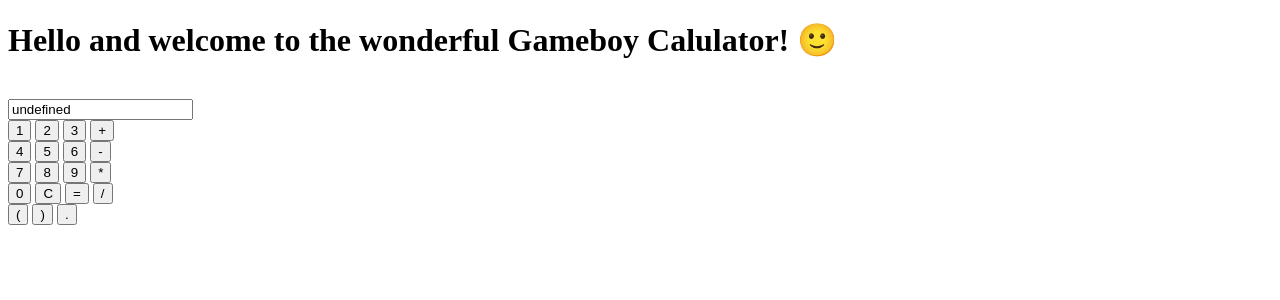
Repository: CrazyPaine/GameBoy-Calculator
Page: index.html
An editor plug-in stored every save of this project. The page is shown before and after the next save, followed by the edit.
The browser window is 1280 px wide. The pictures show the whole page.
After loading, the first visible `button[onclick="calculateResult()"]` was clicked once.

Above is the page before, as saved 2024-02-02 17:43:22.

### index.html
<!DOCTYPE html>
<html lang="en">
<head>
    <meta charset="UTF-8">
    <meta name="viewport" content="width=device-width, initial-scale=1.0">
    <link rel="stylesheet" type="text/css" href="styles.css">
    <script src="calculator.js"></script>
    <title>GameBoy Calculator</title>
</head>

<body>
    <h1 class = "Intro">Hello and welcome to the wonderful Gameboy Calulator! &#128578;</h1>
    <br>
    <div class = 'calculator'>
        <input type="text"id="display" readonly>
       <br>
            <button onclick="appendToDisplay('1')" class = "button">1</button>
            <button onclick="appendToDisplay('2')" class = "button">2</button>
            <button onclick="appendToDisplay('3')" class = "button">3</button>
            <button onclick="appendToDisplay('+')" class = "button">+</button>
            <br>
            <button onclick="appendToDisplay('4')" class = "button">4</button>
            <button onclick="appendToDisplay('5')" class = "button">5</button>
            <button onclick="appendToDisplay('6')" class = "button">6</button>
            <button onclick="appendToDisplay('-')" class = "button">-</button>
            <br>
            <button onclick="appendToDisplay('7')" class = "button">7</button>
            <button onclick="appendToDisplay('8')" class = "button">8</button>
            <button onclick="appendToDisplay('9')" class = "button">9</button>
            <button onclick="appendToDisplay('*')" class = "button">*</button>
            <br>
            <button onclick="appendToDisplay('0')" class = "button">0</button>
            <button onclick="clearDisplay()" class = "button">C</button>
            <button onclick="calculateResult()" class = "button">=</button>
            <button onclick="appendToDisplay('/')" class = "button">/</button>
            <br>
            <button onclick="appendToDisplay('(')" class="button">(</button>
            <button onclick="appendToDisplay(')')" class="button">)</button>
            <button onclick="addDecimalPoint()" class="button">.</button>

    </div>
</body>
</html>

### styles.css
/******************************************
/* CSS
/*******************************************/


/* Box Model Hack */
* {
    box-sizing: border-box;
}



/******************************************
/* LAYOUT
/*******************************************/
@media (max-width: 600px) {
    .calculator {
        width: 80%;
        margin: 0 auto;
    }

html {
    height: 100%;
}

title {
    text-align: left;
    font-size: 5px;
}

body {
    background: rgb(143, 151, 157);
        background: linear-gradient(201deg, rgba(143, 151, 157, 1) 0%, rgba(242, 240, 235, 1) 100%);
}

#display{
    border-radius: 10px;
    display: flex;
    align-items:center;
    justify-content: center;
    padding: 24px;
    width: 97%;
    height: 56%;
    margin:auto;
}

.calculator {
    border: 3px solid #533D6B;
    border-radius: 10px;
    width:fit-content;
    background: rgba(83, 61, 107, 0.73);
    border-radius: 16px;
    box-shadow: 0 4px 30px rgba(0, 0, 0, 0.1);
    backdrop-filter: blur(2.7px);
    -webkit-backdrop-filter: blur(2.7px);
    height: fit-content;
    margin: 20px auto;
}

.button {
    background-color: #20212e;
    border-radius: 10px;
    color: #808080;
    padding: 18px;
    min-height: fit-content;
    max-width: fit-content;
    margin: 2px;
}


img {
    display: block;
    margin: 0 auto;
    width: 25%;
}


/******************************************
/* ADDITIONAL STYLES
/*******************************************/

### calculator.js
/*
! Hey there welcome to my Calculator. This is where I will be doing my calculations on here.
*/

function appendToDisplay(value) {
    document.getElementById('display').value += value;
}

function clearDisplay() {
    document.getElementById('display').value = '';
}

function calculateResult() {
    try {
        const result = eval(document.getElementById('display').value);
        document.getElementById('display').value = result;
    } catch (error) {
        document.getElementById('display').value = 'Error';
    }
}

// Function to handle decimal point
function addDecimalPoint() {
    const currentDisplayValue = document.getElementById('display').value;
    // Check if the current value already contains a decimal point
    if (!currentDisplayValue.includes('.')) {
        document.getElementById('display').value += '.';
    }
}

After the next save:
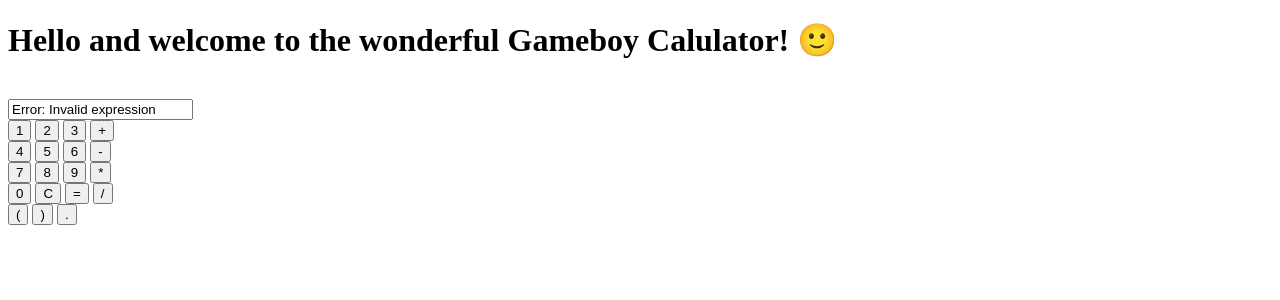
Saved 119 s later.
--- a/calculator.js
+++ b/calculator.js
@@ -12,18 +12,50 @@
 
 function calculateResult() {
     try {
-        const result = eval(document.getElementById('display').value);
+        const inputExpression = document.getElementById('display').value;
+
+        if (!isValidExpression(inputExpression)) {
+            throw new Error('Invalid expression');
+        }
+
+        const result = eval(inputExpression);
+
+        if (!isValidResult(result)) {
+            throw new Error('Invalid result');
+        }
+
         document.getElementById('display').value = result;
     } catch (error) {
-        document.getElementById('display').value = 'Error';
+        document.getElementById('display').value = 'Error: ' + error.message;
     }
 }
 
 // Function to handle decimal point
 function addDecimalPoint() {
     const currentDisplayValue = document.getElementById('display').value;
-    // Check if the current value already contains a decimal point
-    if (!currentDisplayValue.includes('.')) {
+
+    // Check if the current value already contains a decimal point or ends with an operator
+    if (!currentDisplayValue.includes('.') && !endsWithOperator(currentDisplayValue)) {
         document.getElementById('display').value += '.';
     }
 }
+
+// Helper function to check if the expression is valid
+function isValidExpression(expression) {
+    // Add your validation logic here
+    return /^[0-9+\-*/().\s]+$/.test(expression);
+}
+
+// Helper function to check if the result is valid
+function isValidResult(result) {
+    // Add your validation logic here
+    return isFinite(result);
+}
+
+// Helper function to check if the expression ends with an operator
+function endsWithOperator(expression) {
+    const operators = ['+', '-', '*', '/'];
+    const lastChar = expression.trim().slice(-1);
+
+    return operators.includes(lastChar);
+}
